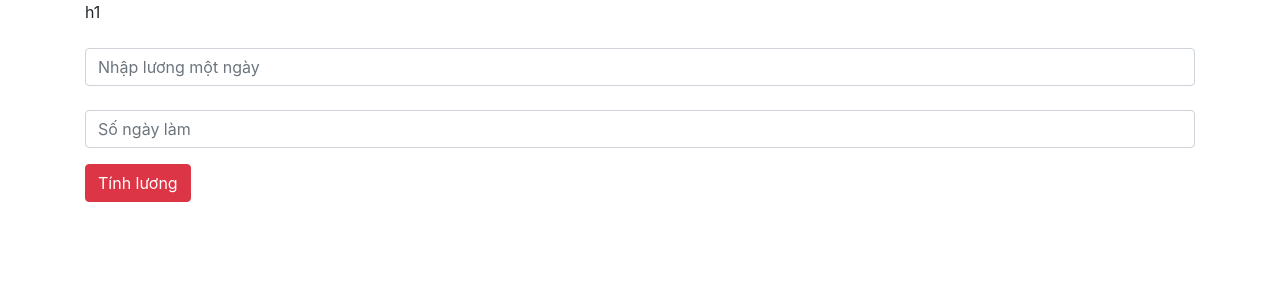
Repository: thanhfrankie/BC10-LeMinhThanh-Js-b2-3
Page: index.html
The author's editor kept a copy of each file at every save. The page is drawn from the files as they stood at one save, then again after the next save.
The browser window is 1280 px wide. The pictures show the whole page.

Above is the page before, as saved 2023-12-15 15:20:36.

### index.html
<!DOCTYPE html>
<html lang="en">
  <head>
    <title>Title</title>
    <!-- Required meta tags -->
    <meta charset="utf-8" />
    <meta
      name="viewport"
      content="width=device-width, initial-scale=1, shrink-to-fit=no"
    />

    <!-- Bootstrap CSS -->
    <link
      rel="stylesheet"
      href="https://stackpath.bootstrapcdn.com/bootstrap/4.3.1/css/bootstrap.min.css"
      integrity="sha384-ggOyR0iXCbMQv3Xipma34MD+dH/1fQ784/j6cY/iJTQUOhcWr7x9JvoRxT2MZw1T"
      crossorigin="anonymous"
    />
  </head>
  <body>
    <!-- Bài tập 1 -->
    <div class="container">
      h1
      <div class="form-group">
        <label for="luong-mot-ngay"></label>
        <input
          type="number"
          class="form-control"
          name=""
          id="luong-mot-ngay"
          aria-describedby="helpId"
          placeholder="Nhập lương một ngày"
          required
        />
        <label for="so-ngay-lam"></label>
        <input
          type="number"
          class="form-control"
          name=""
          id="so-ngay-lam"
          aria-describedby="helpId"
          placeholder="Số ngày làm"
          required
        />
        <button type="button" onclick="tinhLuong()" class="btn btn-danger mt-3">
          Tính lương
        </button>
      </div>
      <h2 id="luong-nhan-duoc"></h2>
    </div>

    <!-- Optional JavaScript -->
    <!-- jQuery first, then Popper.js, then Bootstrap JS -->
    <script
      src="https://code.jquery.com/jquery-3.3.1.slim.min.js"
      integrity="sha384-q8i/X+965DzO0rT7abK41JStQIAqVgRVzpbzo5smXKp4YfRvH+8abtTE1Pi6jizo"
      crossorigin="anonymous"
    ></script>
    <script
      src="https://cdnjs.cloudflare.com/ajax/libs/popper.js/1.14.7/umd/popper.min.js"
      integrity="sha384-UO2eT0CpHqdSJQ6hJty5KVphtPhzWj9WO1clHTMGa3JDZwrnQq4sF86dIHNDz0W1"
      crossorigin="anonymous"
    ></script>
    <script
      src="https://stackpath.bootstrapcdn.com/bootstrap/4.3.1/js/bootstrap.min.js"
      integrity="sha384-JjSmVgyd0p3pXB1rRibZUAYoIIy6OrQ6VrjIEaFf/nJGzIxFDsf4x0xIM+B07jRM"
      crossorigin="anonymous"
    ></script>
    <script src="./index.js"></script>
  </body>
</html>

### index.js
// Bài tập 1
/**
 * B1: tạo biến, lấy giá trị từ input
 * B2: Tính lương
 * + tạo biến để tính lương: lương 1 ngày * số ngày làm
 * + gán sự kiện click cho button
 * B3: hiển thị kết quả
 */
function tinhLuong() {
  // B1:
  var luongMotNgay = document.getElementById("luong-mot-ngay").value;
  var soNgayLam = document.getElementById("so-ngay-lam").value;
  // B2, B3:
  var luongNhanDuoc = document.getElementById("luong-nhan-duoc");
  luongNhanDuoc.innerText = luongMotNgay * soNgayLam;
}

After the next save:
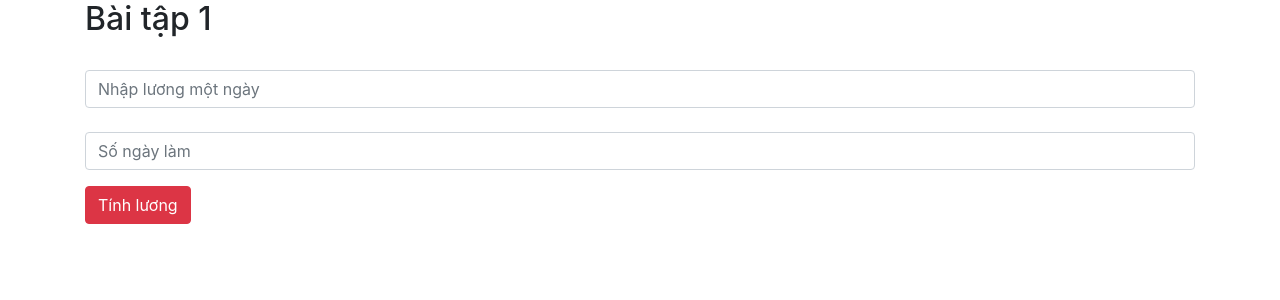
Saved 6 s later.
--- a/index.html
+++ b/index.html
@@ -20,7 +20,8 @@
   <body>
     <!-- Bài tập 1 -->
     <div class="container">
-      h1
+      <h2>Bài tập 1
+      </h2>
       <div class="form-group">
         <label for="luong-mot-ngay"></label>
         <input
